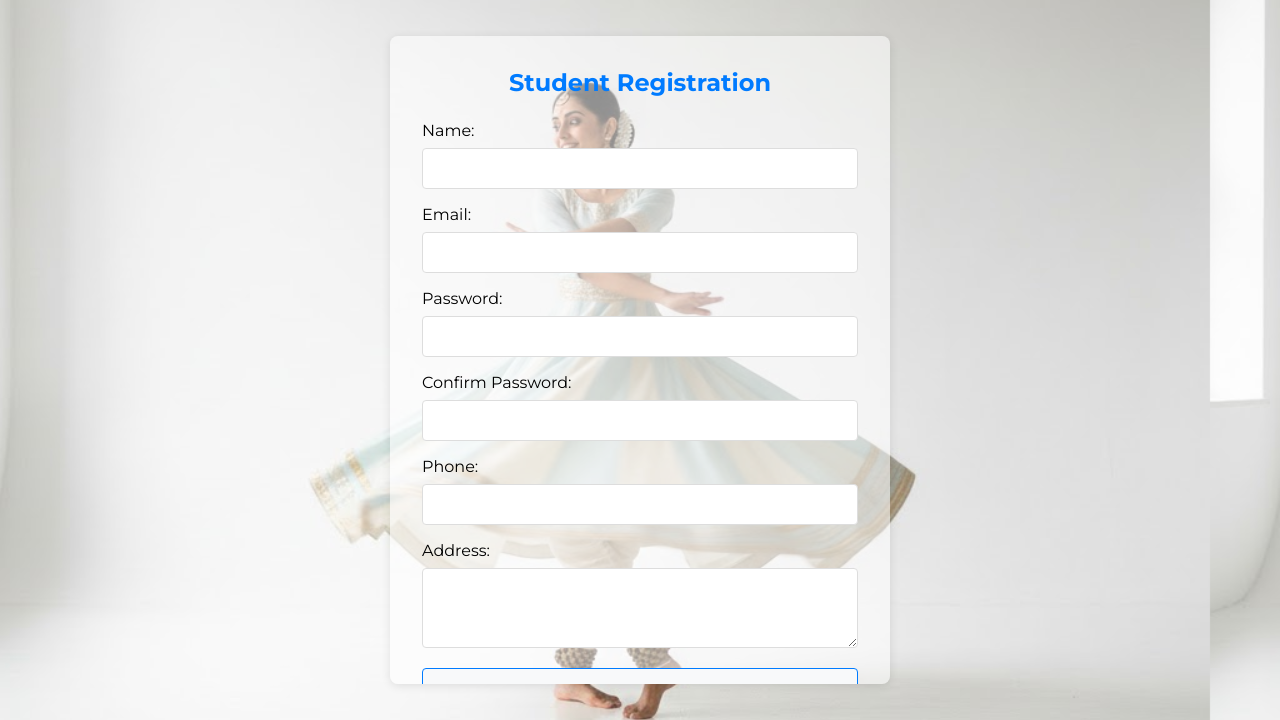
Repository: Priyadharshini-J-CSE/StepSync_Dance_Mangement_System
Page: /user-register (app in frontend/)
These files come from the project's save history. The page is drawn as it stood at one moment and after the next save; the edit follows.
The browser window is 1280 px wide. The pictures show the whole page.
An inner scrolling area shows only its first screen. Some web fonts or font styles are not loaded; a fallback is used. Some web libraries are served in a nearby version. The project was rebuilt for these pictures with package versions that can differ from the ones it lists, and the page was loaded fresh each time. Also part of the build but not shown: frontend/src/index.css, frontend/src/pages/LandingPage.js, frontend/src/components/Alert.js, frontend/src/pages/UserLogin.js, frontend/src/pages/AdminLogin.js, frontend/src/pages/AdminRegister.js, frontend/src/pages/ForgotPassword.js, frontend/src/components/Navbar.js and 17 more.

Above is the page before, as saved 2025-12-18 10:50:10.

After the next save:
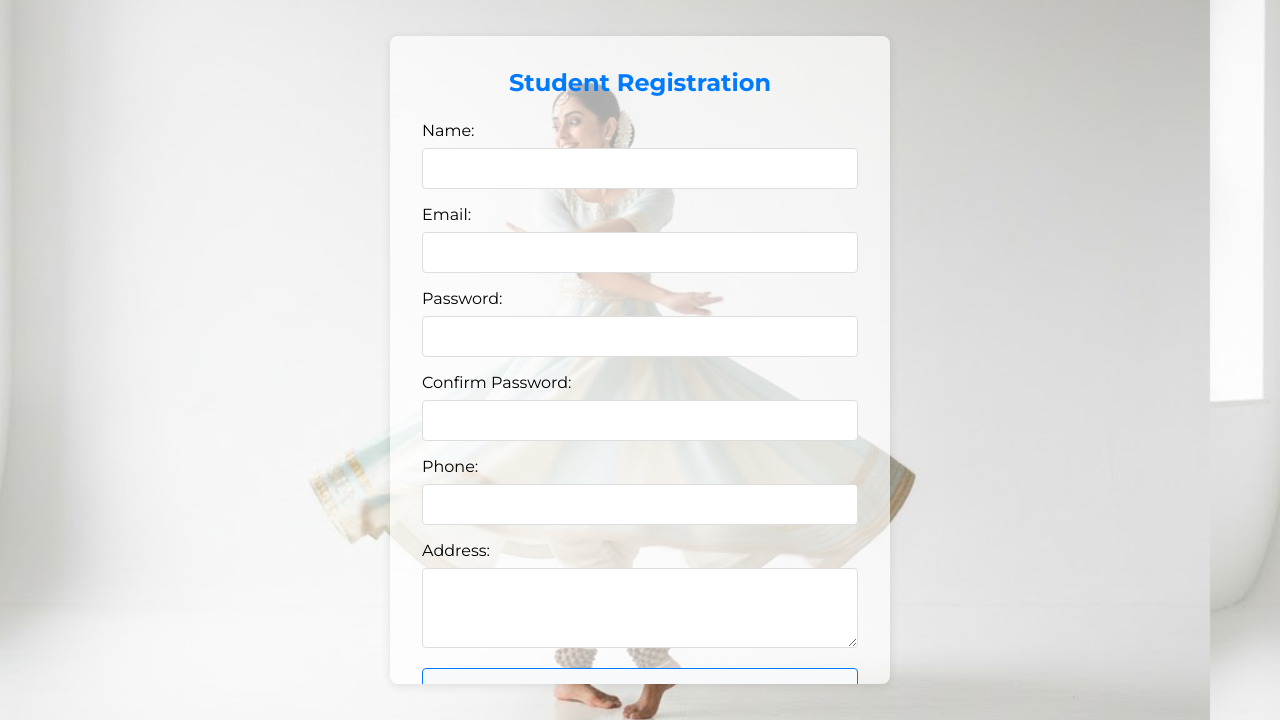
Saved 11 s later.
--- a/frontend/src/pages/UserRegister.js
+++ b/frontend/src/pages/UserRegister.js
@@ -69,7 +69,7 @@ const UserRegister = () => {
       backgroundAttachment: 'fixed'
     }}>
       <form onSubmit={handleSubmit} style={{
-        backgroundColor: 'rgba(255, 255, 255, 0.56)',
+        backgroundColor: 'rgba(255, 255, 255, 0.68)',
         padding: '2rem',
         borderRadius: '8px',
         boxShadow: '0 2px 10px rgba(0,0,0,0.1)',
